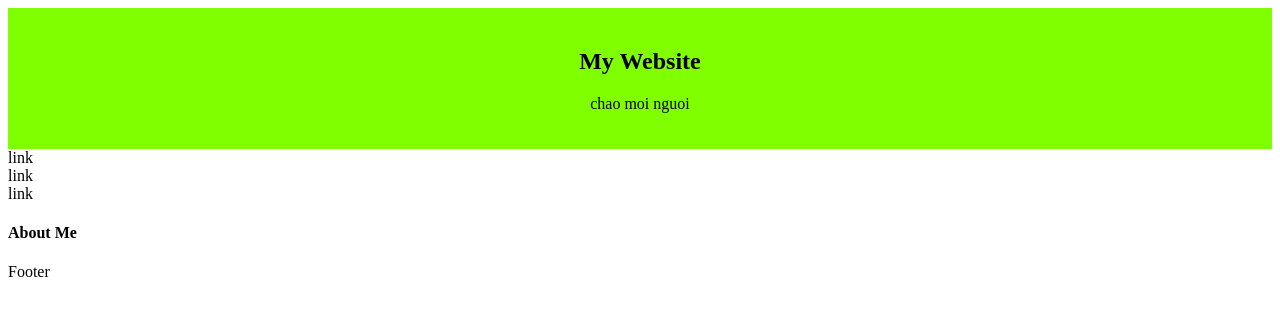
Repository: Lehuyhuynh/BTH2-CSS
Page: BTH2/index,.html
An editor plug-in stored every save of this project. The page is shown before and after a run of saves, followed by the edit.
The browser window is 1280 px wide. The pictures show the whole page.

Above is the page before, as saved 2023-08-09 23:03:48.

After the next 2 saves:
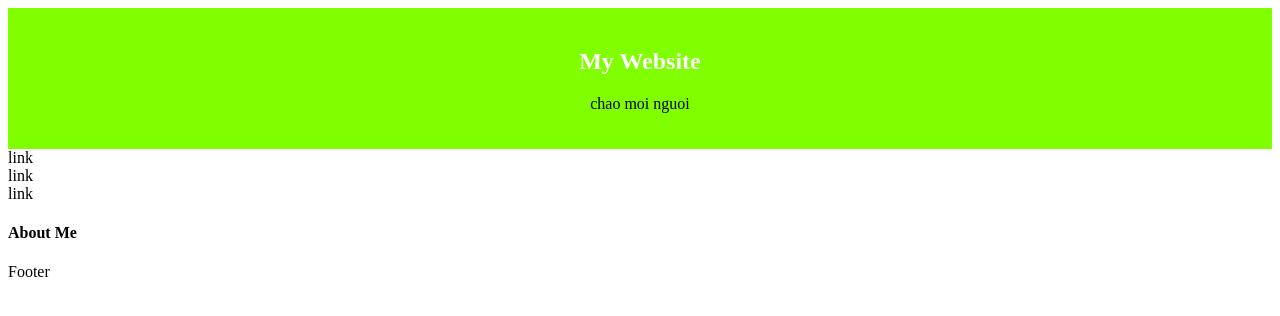
The 2 saves are shown as one change because they came seconds apart.
The last was saved 7 s later.
--- a/BTH2/style.css
+++ b/BTH2/style.css
@@ -4,7 +4,7 @@
 }
 h2{
   text-align: center;
-  color: ;
+  color: white;
 }
 p{
   text-align: center;
